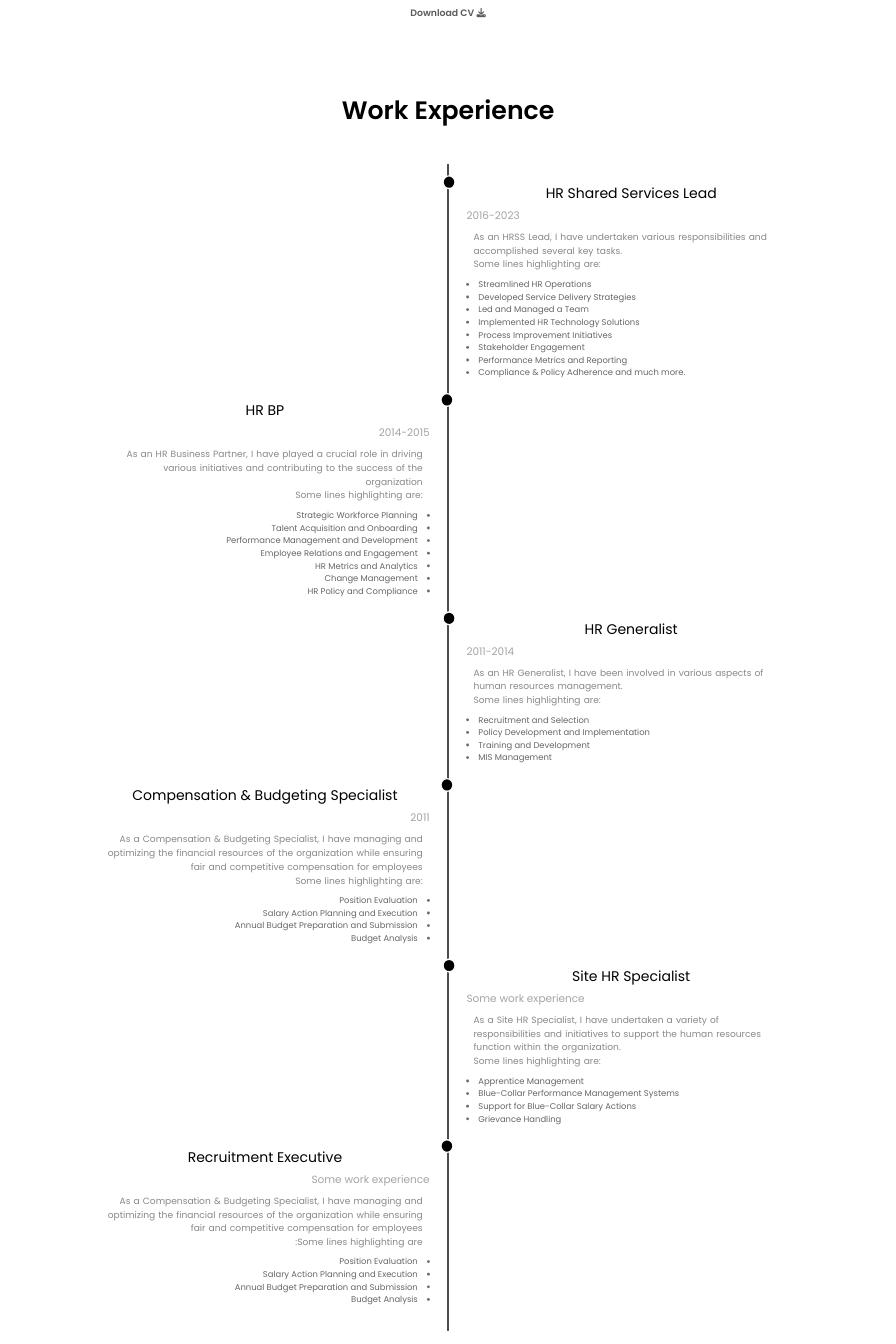
Repository: xoshiraghavx/Niharika-portfolio
Page: index.html
These files come from the project's save history. The page is drawn as it stood at one moment and after the next save; the edit follows.
The browser window is 1280 px wide. The pictures show the part of the page from y = 1276 to 3196 px (the page is 3920 px tall before and 3901 px after), at 70% of full size.
Some web libraries are served in a nearby version.

Above is the page before, as saved 2023-06-16 11:08:00.

### index.html
<!DOCTYPE html>
<html lang="en">
<head>
    <meta charset="UTF-8">
    <meta http-equiv="X-UA-Compatible" content="IE=edge">
    <meta name="viewport" content="width=device-width, initial-scale=1.0">
    <title>Niharika Singh | Portfolio</title>
    <link rel="stylesheet" href="../css/index.css">
    <link rel="preconnect" href="https://fonts.googleapis.com">
<link rel="preconnect" href="https://fonts.gstatic.com" crossorigin>
<link href="https://fonts.googleapis.com/css2?family=Poppins:wght@100;200;300;400;600;700&family=Righteous&display=swap" rel="stylesheet">
<link rel="stylesheet" href="https://stackpath.bootstrapcdn.com/font-awesome/4.7.0/css/font-awesome.min.css">
<link rel="stylesheet" href="./css/particle.css">
<link href="https://unpkg.com/aos@2.3.1/dist/aos.css" rel="stylesheet">
<link rel="icon" href="./img/image.jpg">

</head>
<body>
    <section class="header" id="head">
        <div id="particles-js">
        <nav>
            <div class="logo">
                <h2>NS</h2>
            </div>
            <div class="nav-links" id="navLinks">
                <i class="fa fa-times" onclick="hideMenu()"></i>
                <ul>
                    <li><a href="#head">HOME</a></li>
                    <li><a href="#about">ABOUT</a></li>
                    <li><a href="#work">WORK</a></li>
                    <li><a href="#contact">CONTACT</a></li>
                </ul>
            </div>
            <div class="social">
                    <div><a href="https://www.linkedin.com/in/niharika-singh-54130b13/" target="_blank"><i class="fa-brands fa-linkedin"></i></a></div>
                    <div><a href="https://www.facebook.com/people/Niharika-Singh/pfbid0zDJLjq1fehJWAvFLc7zkpJ6FsEs1uDxExLjwh94ZH389RFf4Q5YAZHgxJCLQanLsl/" target="_blank"><i class="fa-brands fa-facebook"></i></a></div>
                    <div><a href="https://www.instagram.com/niharika14042012/" target="_blank"><i class="fa-brands fa-instagram"></i></a></div>
            </div>
        </nav>

        <div id="home"data-aos="zoom-in" data-aos-duration="1000">
            <div class="img">
                <p style="color: #c5c1c1; font-weight: 600;">Hello, I'm</p>
            </div>
            <h1 class="hh1">NIHARIKA SINGH</h1>
            <div class="p1"data-aos="fade-in" data-aos-delay="1300"data-aos-duration="1000">
                <p>As an HR professional, I nurture a harmonious and productive workforce.</p>
            </div>
            <div class="container">
                <a href="#about">
                <div class="field" >
                    <div class="mouse"></div>
                </div>
            </a>
            </div>
    </div>
    </section>

<!-- ---------About----------------- -->
<section class="about-us" id="about">
    <div class="row1">
        <div class="about-col">
            <h1>About me</h1>
            <p>Lorem ipsum dolor sit amet consectetur adipisicing elit. Voluptates unde necessitatibus consectetur aut, quisquam at, dolorem, deleniti deserunt a error officia? Quas, quos. Nemo assumenda fugiat dolore ad illo soluta.Lorem ipsum dolor sit amet consectetur adipisicing elit. Voluptates unde necessitatibus consectetur aut, quisquam at, dolorem, deleniti deserunt a error officia? Quas, quos. Nemo assumenda fugiat dolore</p>
        </div>
    </div>
    <div class="bar">
        <div class="count">
            <div class="exp">
                <h1>17+</h1>
            </div>
            <div class="exp_name">
                <h4>Years</h4>
            </div>
        </div>
        <div class="count">
            <div class="exp">
                <h1>5</h1>
            </div>
            <div class="exp_name">
                <h4>Domain of HR</h4>
            </div>
        </div>
        <div class="count">
            <div class="exp">
                <h1>2</h1>
            </div>
            <div class="exp_name">
                <h4>Green Field Project </h4>
            </div>
        </div>
        <div class="count">
            <div class="exp">
                <h1>10+</h1>
            </div>
            <div class="exp_name">
                <h4>Processes </h4>
            </div>
        </div>
    </div>
    <div class="skills">
        <ul>
            <li>HR Shared Services setup</li>
            <li>Expat Management</li>
            <li>Global Center Setup</li>
        </ul>
        <ul>
            <li>HR Transformation & Digitization</li>
            <li>ERP enablement & Integration</li>
            <li>Process Simplification</li>
        </ul>
    </div>
    <div class="cv">
        <button><a href="./img/CV-Niharika Singh.pdf">Download CV </a><i class="fa fa-download"></i></button>
    </div>
</section>
<!-- ------------Timeline------------- -->
<section id="work">
    <h1>Work Experience</h1>
    <div class="timeline">
            <div class="timeline-block timeline-block-right">
               <div class="marker"></div>
               <div class="timeline-content">
                  <h3>HR Shared Services Lead </h3>
                  <span>2016-2023</span>
                  <p>As an HRSS Lead, I have undertaken various responsibilities and accomplished several key tasks.
                    <br>Some lines highlighting are:
                    <li>Streamlined HR Operations</li>
                    <li>Developed Service Delivery Strategies</li>
                    <li>Led and Managed a Team</li>
                    <li>Implemented HR Technology Solutions</li>
                    <li>Process Improvement Initiatives</li>
                    <li>Stakeholder Engagement</li>
                    <li>Performance Metrics and Reporting</li>
                    <li>Compliance & Policy Adherence and much more.</li>  </p>
               </div>
            </div>
            <div class="timeline-block timeline-block-left">
               <div class="marker"></div>
               <div class="timeline-content">
                  <h3>HR BP</h3>
                  <span>2014-2015</span>
                  <p>As an HR Business Partner, I have played a crucial role in driving various initiatives and contributing to the success of the organization
                    <br>:Some lines highlighting are
                    <li>Strategic Workforce Planning</li>
                    <li>Talent Acquisition and Onboarding</li>
                    <li>Performance Management and Development</li>
                    <li>Employee Relations and Engagement</li>
                    <li>HR Metrics and Analytics</li>
                    <li>Change Management</li>
                    <li>HR Policy and Compliance</li></p>
               </div>
            </div>
            <div class="timeline-block timeline-block-right">
                <div class="marker"></div>
                <div class="timeline-content">
                   <h3>HR Generalist</h3>
                   <span>2011-2014</span>
                   <p>As an HR Generalist, I have been involved in various aspects of human resources management.
                    <br>Some lines highlighting are:
                    <li>Recruitment and Selection</li>
                    <li>Policy Development and Implementation</li>
                    <li>Training and Development</li>
                    <li>MIS Management</li> </p>
                </div>
             </div>
            <div class="timeline-block timeline-block-left">
               <div class="marker"></div>
               <div class="timeline-content">
                  <h3>Compensation & Budgeting Specialist </h3>
                  <span>2011</span>
                  <p>As a Compensation & Budgeting Specialist, I have managing and optimizing the financial resources of the organization while ensuring fair and competitive compensation for employees
                    <br>:Some lines highlighting are
                    <li>Position Evaluation</li>
                    <li>Salary Action Planning and Execution</li>
                    <li>Annual Budget Preparation and Submission</li>
                    <li>Budget Analysis</li> </p>
               </div>
            </div>

            <div class="timeline-block timeline-block-right">
               <div class="marker"></div>
               <div class="timeline-content">
                  <h3>Site HR Specialist </h3>
                  <span>Some work experience</span>
                  <p>As a Site HR Specialist, I have undertaken a variety of responsibilities and initiatives to support the human resources function within the organization.
                    <br>Some lines highlighting are:
                    <li>Apprentice Management</li>
                    <li>Blue-Collar Performance Management Systems</li>
                    <li>Support for Blue-Collar Salary Actions</li>
                    <li>Grievance Handling</li> </p>
               </div>
            </div>

            <div class="timeline-block timeline-block-left">
               <div class="marker"></div>
               <div class="timeline-content">
                  <h3>Recruitment Executive </h3>
                  <span>Some work experience</span>
                  <p>As a Compensation & Budgeting Specialist, I have managing and optimizing the financial resources of the organization while ensuring fair and competitive compensation for employees
                    <br>Some lines highlighting are:
                    <li>Position Evaluation</li>
                    <li>Salary Action Planning and Execution</li>
                    <li>Annual Budget Preparation and Submission</li>
                    <li>Budget Analysis</li> </p>
               </div>
            </div>
    </div>
</section>
<section class="contact-us" id="contact">
    <h1>Get in Touch
    </h1>
    <div class="row">
        <div class="contact-col">
            <div>
                 <i class="fa fa-phone"></i>
                 <span>
                     <h5><a href="tel: +918178788527">+91 8826795109</a></h5>
                     <p>Monday to Friday, 10AM to 6PM</p>
                 </span>
            </div>
            <div>
                 <i class="fa fa-envelope-o"></i>
                 <span>
                     <h5><a href="mailto: niharika14042012@gmail.com ">niharika14042012@gmail.com</a></h5>
                     <p>Email your query</p>
                 </span>
            </div>
            <div>
                <i class="fa fa-home"></i>
                <span>
                    <h5><a href="https://www.google.com/maps/place/Greater+Noida,+Uttar+Pradesh/@28.4985622,77.3511809,11z/data=!3m1!4b1!4m6!3m5!1s0x390cea64b8f89aef:0xec0ccabb5317962e!8m2!3d28.4743879!4d77.5039904!16zL20vMGN3OXEy?entry=ttu" target="_blank">Greater Noida</a></h5>
                    <p>UP, India</p>
                </span>
           </div>
        </div>
        <div class="contact-col">
            <form action="https://formcarry.com/s/P6GKrEghsf" method="POST" accept-charset="UTF-8">
                <input type="text" name="name" placeholder="Enter your name" required>
                <input type="email" name="email" placeholder="Enter your email address" required>
                <input type="text" name="subject" placeholder="Enter your subject" required>
                <textarea rows="8" name="message" placeholder="Message" required></textarea>
                <button type="submit" class="hero-btn">Send Message</button>
            </form>
        </div>
    </div>
</section>
<!-- --------footer--------- -->
<section class="footer">
    <p style="text-align: center;">Developed with by <a href="https://www.linkedin.com/in/oshiraghav/" target="_blank">Oshi Raghav</a></p>
</section>

<!-- ---------------javascript----------------->
    	<script src=
		"particles.js-master/particles.js">
	</script>
	<script src=
		"/particles.js-master/demo/js/app.js">
	</script>
     <script src="https://unpkg.com/aos@2.3.1/dist/aos.js"></script>
    <script>
     AOS.init();
    </script>
    <script src="https://kit.fontawesome.com/b6191824ce.js" crossorigin="anonymous"></script>
</body>
</html>

### css/index.css
*{
    margin: 0;
    padding: 0;
    font-family: 'poppins', sans-serif;
    scroll-behavior: smooth;
}
.header{
    min-height: 100vh;
    width: 100%;
}
h3{
    color: #000;
}
nav{
    display: flex;
    padding: 1rem 0rem;
    background: #ffffff;
    justify-content: space-around;
    align-items: center;
    position: fixed;
    width: 100%;
    backdrop-filter: blur(3px);
    z-index: 2;
}
.logo{
    background: #000;
    color: #ffffff;
    border-radius: 100%;
    padding: 5pt 6pt;
}
.nav-links ul li{
    list-style: none;
    display: inline-block;
    padding: 8px 12px;
    position: relative;
}
.nav-links ul li a{
    color: #000000;
    text-decoration: none;
    font-size: 13px;
}
.nav-links ul li::after{
    content: '';
    width: 0%;
    height: 2px;
    background: #000000;
    display: block;
    margin: auto;
    transition: 0.5s;
}
.nav-links ul li:hover::after{
    width: 100%;
}
.social{
    display: grid;
    grid-template-columns: auto auto auto auto;
    column-gap: 15px;
    font-size: 1.2rem;
    color: #000000;
}
.social a{
    color: #000;
}
.social:hover{
    cursor: pointer;
}
#home{
    position: absolute;
    text-align: center;
    width: 100%;
    margin-top: 250px;
    color: #ffffff;
}
.hh1{
    font-size: 4em;
}
#home p{
    padding-top: .5rem;
    font-size: 1rem;
    color: #c5c1c1;
}
.container {
	width: 100%;
	height: 100%;
	display: flex;
	align-items: center;
	justify-content: center;
    padding-top: 10rem;
}
.field:hover{
    cursor: pointer;
}

.field {
	display: flex;
	align-items: center;
	justify-content: space-around;
}

.mouse {
	width: 30px;
	height: 50px;
	border: 3px solid #ffffff;
	border-radius: 60px;
	position: relative;
	&::before {
		content: '';
		width: 8px;
		height: 8px;
		position: absolute;
		top: 10px;
		left: 50%;
		transform: translateX(-50%);
		background-color: #ffffff;
		border-radius: 50%;
		opacity: 1;
		animation: wheel 2s infinite;
		-webkit-animation: wheel 2s infinite;
	}
}
@keyframes wheel {
	to {
		opacity: 0;
		top: 30px;
	}
}

@-webkit-keyframes wheel {
	to {
		opacity: 0;
		top: 60px;
	}
}
nav .fa{
    display: none;
}
.hero-btn{
    display: inline-block;
    text-decoration: none;
    color: #fff;
    border: 1px solid #000000;
    padding: 12px 34px;
    font-size: 13px;
    background-color: #000;
    position: relative;
    cursor: pointer;
}
.hero-btn:hover{
    border: 1px solid #000000;
    background: #fff;
    color: #000;
    transition: 1s;
}
@media(max-width: 700px){
    .nav-links{
        display: none;
    }
}
.course{
    width: 80%;
    margin: auto;
    text-align: center;
    padding-top: 80px;
}
h1{
    font-size: 36px;
    font-weight: 600;
    text-align: center;
}
p{
    color: #777;
    font-size: 300;
    line-height: 22px;
    padding: 10px;
}
.row{
    margin-top: 5%;
    display: flex;
    justify-content: space-between;
}
.course-col{
    flex-basis: 31%;
    background: #fff3f3;
    border-radius: 10px;
    margin-bottom: 5%;
    padding: 20px 12px;
    box-sizing: border-box;
    transition: 0.5s;
}
h3{
    text-align: center;
    font-weight: 600;
    margin: 10px 0px;
}
.course-col:hover{
    box-shadow: rgba(241, 128, 128, 0.25) 0px 54px 55px, rgba(233, 177, 177, 0.12) 0px -12px 30px, rgba(238, 209, 209, 0.12) 0px 4px 6px, rgba(230, 100, 100, 0.17) 0px 12px 13px, rgba(250, 27, 27, 0.09) 0px -3px 5px;
}
@media(max-width: 700px){
    .row{
        flex-direction: column;
    }
}
/*  --------facilities--------*/
 .timeline {
    width: 80%;
    padding: 1rem 0;
    margin: 50px auto;
    position: relative;
    overflow: hidden;
 }
 .timeline:before {
    content: '';
    position: absolute;
    top: 0;
    left: 50%;
    margin-left: -1px;
    width: 2px;
    height: 100%;
    background: #000000;
    z-index: 1
 }
 .timeline-block {
    width: -webkit-calc(50% + 8px);
    width: -moz-calc(50% + 8px);
    width: calc(50% + 8px);
    display: -webkit-box;
    display: -webkit-flex;
    display: -moz-box;
    display: flex;
    -webkit-box-pack: justify;
    -webkit-justify-content: space-between;
    -moz-box-pack: justify;
    justify-content: space-between;
    clear: both;
 }
 .timeline-block-right {
    float: right;
 }
 .timeline-block-left {
    float: left;
    direction: rtl
 }
 .marker {
    width: 16px;
    height: 16px;
    border-radius: 50%;
    border: 2px solid #ffffff;
    background: #000000;
    z-index: 1
 }

 .timeline-content {
    width: 95%;
    padding: 0 15px;
    color: #666
 }

 .timeline-content h3 {
    margin-bottom: 5px;
    font-size: 20px;
    font-weight: 500
 }

 .timeline-content span {
    font-size: 15px;
    color: #a4a4a4;
 }

 .timeline-content p {
    font-size: 13px;
    line-height: 1.5em;
    word-spacing: 1px;
    color: #888;
 }


 @media screen and (max-width: 768px) {
    /* .container:before {
       left: 8px;
       width: 100%;
    } */
    .timeline-block {
       width: 100%;
       margin-bottom: 30px;
    }
    .timeline-block-right {
       float: none;
    }

    .timeline-block-left {
       float: none;
       direction: ltr;
    }
    .timeline{
        width: 90%;
    }
 }

/* -------about us page------- */
.about-us{
    width: 50%;
    margin: auto;
    padding-top: 100px;
    padding-bottom: 100px;
}
.about-col{
    flex-basis: 48%;
    text-align: center;
    padding: 10px 2px;
}
.about-col p{
    padding: 15px 0 25px;
}
.about-col h1{
    font-size: 4em;
}
.bar{
    display: flex;
    justify-content: space-between;
    text-align: center;
}
.count{
    display: grid;
    /* flex-direction: column;
    justify-content: center; */
}
.skills{
    display: flex;
    justify-content: space-around;
    padding-top: 3rem;
}
.cv{
    display: flex;
    justify-content: center;
    padding-top: 3rem;
}
.cv button{
    background-color: transparent;
    border: none;
}
.cv button a{
    text-decoration: none;
    color: #5d5c5c;
    font-weight: 600;
}
.cv .fa{
    color: #5d5c5c;
}
.cv :hover{
    color: #000000;
    cursor: pointer;
}
@media(max-width: 700px){
    .about-us{
        width: 90%;
        margin-top: -15%;
    }
    .about-col h1{
        font-size: 3em;
    }
    .bar{
        display: grid;
        grid-template-columns: 1fr 1fr;
    }
    .skills{
        display: grid;
        padding-left: 10%;
    }
    .cv button{
        font-size: 1rem;
        margin-top: -5%;
    }
}
/* ----contact us----- */
.location{
    width: 80%;
    margin: auto;
    padding: 80px 0;
}
.location iframe{
    width: 100%;
}
.contact-us{
    width: 80%;
    margin: auto;
    padding-top: 80px;
}
.contact-us h1{
    font-size: 3.5em;
}
.contact-col{
    flex-basis: 48%;
    margin-bottom: 30px;
}
.contact-col div{
    display: flex;
    align-items: center;
    margin-bottom: 50px;
}
.contact-col div .fa{
    font-size: 20px;
    color: #000000;
    margin: 10px;
    margin-right: 30px;
}
.contact-col a{
    text-decoration: none;
    color: #000;
}
.contact-col div p{
    padding: 0;
}
.contact-col div h5{
    font-size: 15px;
    margin-bottom: 4px;
    color: #000000;
    font-weight: bold;
}
.contact-col input, .contact-col textarea{
    width: 100%;
    padding: 10px;
    margin-bottom: 17px;
    outline: none;
    border: 1px solid #ccc;
    box-sizing:border-box ;
}

.footer a{
    text-decoration: none;
    color: #000000;
}
@media(max-width: 700px){
    .contact-col div{
        margin-bottom: 20px;
    }
    .contact-col{
        margin-bottom: 10px;
    }
}

Loaded but not shown: particles.js-master/particles.js (common file); particles.js-master/demo/js/app.js (133 lines, source omitted); css/particle.css (56 lines, source omitted)

After the next save:
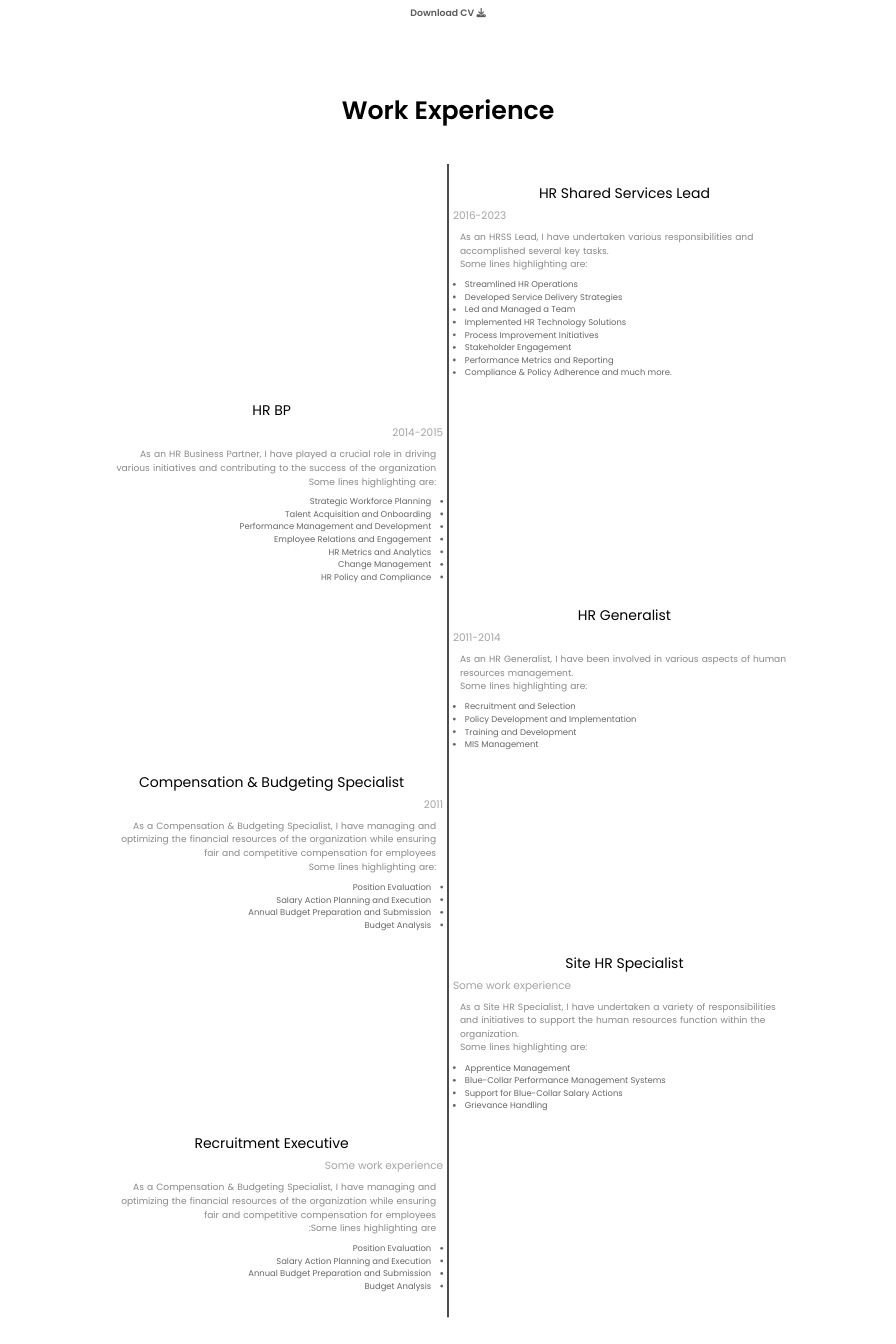
Saved 20 s later.
--- a/css/index.css
+++ b/css/index.css
@@ -240,14 +240,14 @@
     float: left;
     direction: rtl
  }
- .marker {
+ /* .marker {
     width: 16px;
     height: 16px;
     border-radius: 50%;
     border: 2px solid #ffffff;
     background: #000000;
     z-index: 1
- }
+ } */
 
  .timeline-content {
     width: 95%;

After the save that followed:
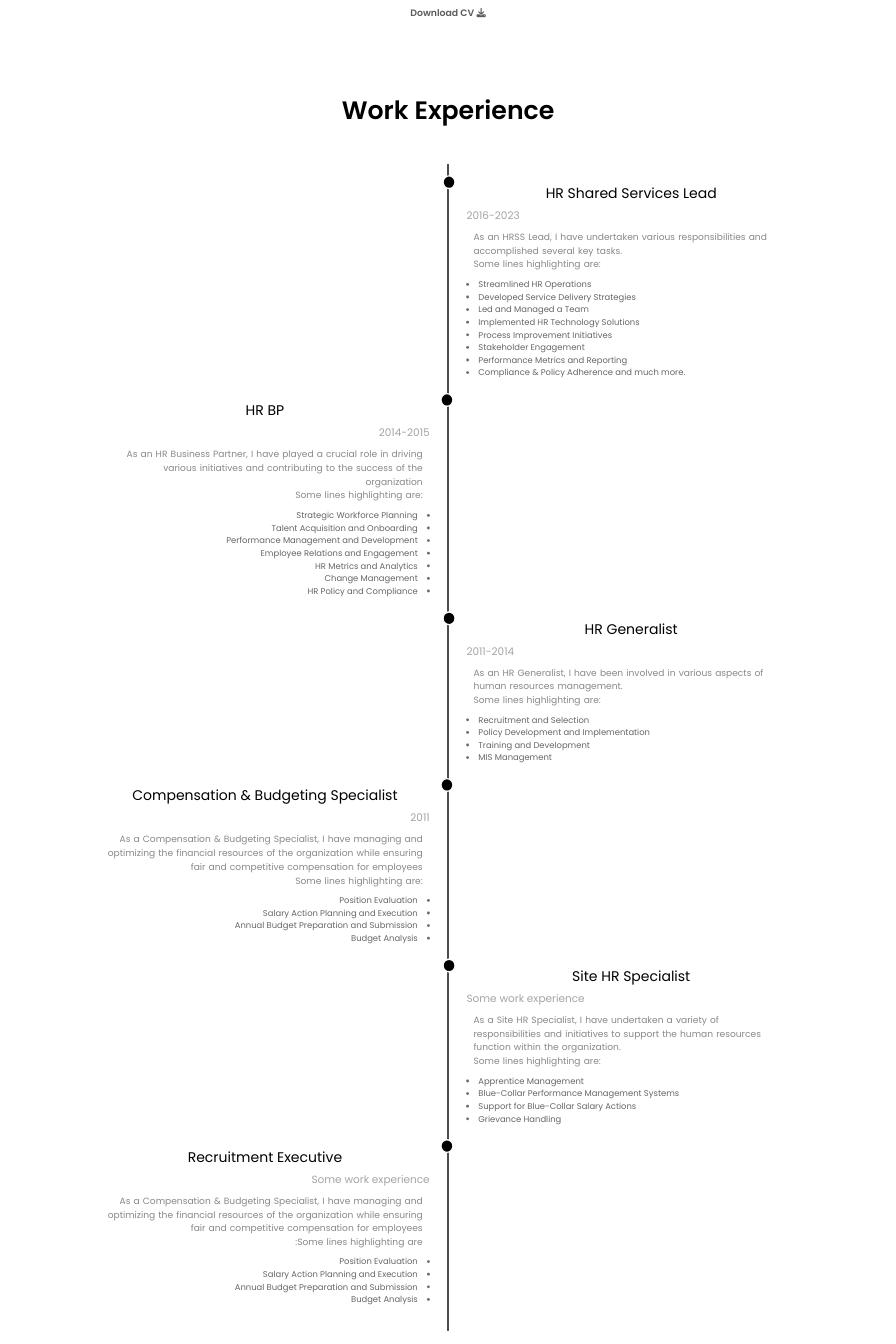
Saved 4 s later.
--- a/css/index.css
+++ b/css/index.css
@@ -240,14 +240,14 @@
     float: left;
     direction: rtl
  }
- /* .marker {
+ .marker {
     width: 16px;
     height: 16px;
     border-radius: 50%;
     border: 2px solid #ffffff;
     background: #000000;
     z-index: 1
- } */
+ }
 
  .timeline-content {
     width: 95%;
